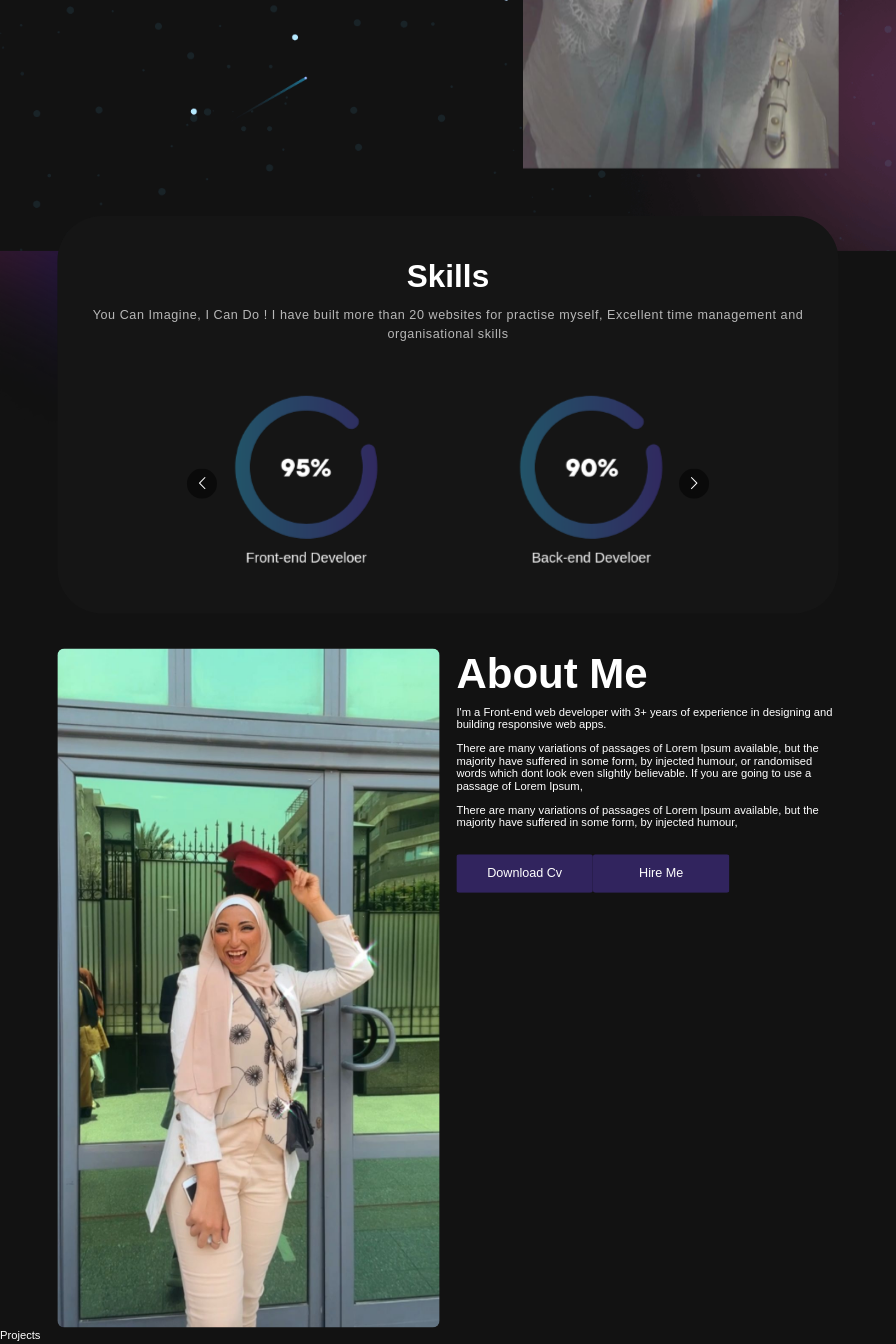
Repository: OmniaRafat232111121/portfolio
Page: /
An editor plug-in stored every save of this project. The page is shown before and after a run of saves, followed by the edit.
The browser window is 1280 px wide. The pictures show the part of the page from y = 829 to 2749 px (the page is 2749 px tall), at 70% of full size.
The project was rebuilt for these pictures with package versions that can differ from the ones it lists, and the page was loaded fresh each time. Also part of the build but not shown: webpack.config.js.

Above is the page before, as saved 2022-07-20 03:09:03.

### src/index.js
import React from 'react';
import {StrictMode} from 'react';
import ReactDOM from 'react-dom';
import {createRoot} from 'react-dom/client';
import App from './App';
const rootElement = document.getElementById('root');
const root = createRoot(rootElement);
root.render(
  <StrictMode>
    <App />
  </StrictMode>,
);

### src/App.js
import React from 'react'
import './App.css'
import 'bootstrap/dist/css/bootstrap.min.css';
import { NavBar }  from './components/NavBar'
import Banner from './components/Banner';
import Skills from './components/Skills';
import Projects from './components/Projects';
import About from './components/About';
const App = () => {
  return (
    <div className="App">
    <NavBar />
    <Banner />
    <Skills />
    <About />
    <Projects />
    </div>
  )
}

export default App

### src/App.css
* {
  margin: 0;
  padding: 0;
  box-sizing: border-box;
}

html {
  scroll-behavior: smooth;
  scroll-padding-top: 75px;
}

body {
  font-weight: 400;
  overflow-x: hidden;
  position: relative;
  background-color: #121212 !important;
  color: #fff !important;
  font-family: 'Centra', sans-serif !important;
}

h1, h2, h3, h4, h5, h6 {
  margin: 0;
  padding: 0;
  line-height: normal;
}

p, a, li, button, ul {
  margin: 0;
  padding: 0;
  line-height: normal;
  text-decoration: none;
}

a:hover {
  text-decoration: none;
}

img {
  width: 100%;
  height: auto;
}

button {
  border: 0;
  background-color: transparent;
}

input:focus, textarea:focus, select:focus {
  outline: none;
}

@media (min-width:1700px) {
	main .container {
		max-width: 100%;
		padding: 0 150px;
	}
}

p.success {
	color: green;
}

p.danger {
	color: red;
}
/************ Navbar Css ************/
nav.navbar {
  padding: 18px 0;
  position: fixed;
  width: 100%;
  top: 0;
  z-index: 9999;
  transition:  0.32 ease-in-out;
}
nav.navbar.scrolled {
  padding: 0px 0;
  background-color: #121212;
}
nav.navbar a.navbar-brand {
    width: 9%;
}
nav.navbar .navbar-nav .nav-link.navbar-link {
  font-weight: 400;
  color: #fff !important;
  letter-spacing: 0.8px;
  padding: 0 25px;
  font-size: 18px;
  opacity: 0.75;
}
nav.navbar .navbar-nav a.nav-link.navbar-link:hover,
nav.navbar .navbar-nav a.nav-link.navbar-link.active {
    opacity: 1;
}
span.navbar-text {
    display: flex;
    align-items: center;
}
.social-icon {
    display: inline-block;
    margin-left: 14px;
}
.social-icon a {
    width: 42px;
    height: 42px;
    background: rgba(217, 217, 217, 0.1);
    display: inline-flex;
    border-radius: 50%;
    margin-right: 6px;
    align-items: center;
    justify-content: center;
    line-height: 1;
    border: 1px solid rgba(255, 255, 255, 0.5);
}
.social-icon a::before {
    content: "";
    width: 42px;
    height: 42px;
    position: absolute;
    background-color: #ffffff;
    border-radius: 50%;
    transform: scale(0);
	transition: 0.3s ease-in-out;
}
.social-icon a:hover::before {
    transform: scale(1);
}
.social-icon a img {
	width: 40%;
	z-index: 1;
	transition: 0.3s ease-in-out;
}
.social-icon a:hover img {
	filter: brightness(0) saturate(100%) invert(0%) sepia(7%) saturate(98%) hue-rotate(346deg) brightness(95%) contrast(86%);
}
.navbar-text button {
  font-weight: 700;
  color: #fff;
  border: 1px solid #fff;
  padding: 18px 34px;
  font-size: 18px;
  margin-left: 18px;
	position: relative;
	background-color: transparent;
	transition: 0.3s ease-in-out;
}
.navbar-text button span {
  z-index: 1;
}
.navbar-text button::before {
  content: "";
  width: 0%;
  height: 100%;
  position: absolute;
  background-color: #fff;
  left: 0;
  top: 0;
  z-index: -1;
  transition: 0.3s ease-in-out;
}
.navbar-text button:hover {
  color: #121212;
}
.navbar-text button:hover::before {
	content: "";
	width: 100%;
	height: 100%;
	position: absolute;
}
nav.navbar .navbar-toggler:active,
nav.navbar .navbar-toggler:focus {
	outline: none;
    box-shadow: none;
}
nav.navbar .navbar-toggler-icon {
  width: 24px;
  height: 17px;
  background-image: none;
  position: relative;
  border-bottom: 2px solid #fff;
  transition: all 300ms linear;
  top: -2px;
}
nav.navbar .navbar-toggler-icon:focus {
	border-bottom: 2px solid #fff;
}
nav.navbar .navbar-toggler-icon:after,
nav.navbar .navbar-toggler-icon:before {
	width: 24px;
	position: absolute;
	height: 2px;
	background-color: #fff;
	top: 0;
	left: 0;
	content: '';
	z-index: 2;
	transition: all 300ms linear;
	-webkit-transition:;
	-moz-transition:;
	-ms-transition:;
	-o-transition:;
}
nav.navbar .navbar-toggler-icon:after {
	top: 8px;
}

nav.navbar .navbar-toggler[aria-expanded="true"] .navbar-toggler-icon:after {
	transform: rotate(45deg);
	background-color: #fff;
	height: 2px;
	-webkit-transform: rotate(45deg);
	-moz-transform: rotate(45deg);
	-ms-transform: rotate(45deg);
	-o-transform: rotate(45deg);
}
nav.navbar .navbar-toggler[aria-expanded="true"] .navbar-toggler-icon:before {
	transform: translateY(8px) rotate(-45deg);
	background-color: #fff;
	height: 2px;
}
nav.navbar .navbar-toggler[aria-expanded="true"] .navbar-toggler-icon {
	border-color: transparent;
}
/*Banner css*/
.banner{
  margin-top:0;
  padding:260px 0 100px 0;
  background-image: url('./assets/img/banner-bg.png');
  background-position: top center;
  background-size: cover;
  background-repeat: no-repeat;
}

.banner .tagline{
  font-weight:700;
  letter-spacing:0.8px;
  padding:8px 10px;
  font-size: 20px;
  margin-bottom: 16px;
  display: inline-block;
  background: linear-gradient(90.21deg, rgba(81, 54, 170, 0.5) -5.91%, rgba(47, 153, 189, 0.5) 111.58%);
  border: 1px solid rgba(255, 255, 255, 0.5);
}



.banner p {
  color: #B8B8B8;
  font-size: 18px;
  letter-spacing: 0.8px;
  line-height: 1.5em;
  width: 96%;
}
.banner button {
  color: #fff;
  font-weight: 700;
  font-size: 20px;
  margin-top: 60px;
  letter-spacing: 0.8px;
  display: flex;
  align-items: center;
}
.banner button svg {
  font-size: 25px;
  margin-left: 10px;
  transition: 0.3s ease-in-out;
  line-height: 1;
}
.banner button:hover svg {
  margin-left: 25px;
}
.banner img {
  animation: updown 3s linear infinite;
}
@keyframes updown {
    0% {
        transform: translateY(-20px);
    }
    50% {
        transform: translateY(20px);
    }
    100% {
        transform: translateY(-20px);
    }
}
.txt-rotate > .wrap {
  border-right: 0.08em solid #666;
}

/*skill*/
.skill{
  padding:0 0 50px 0;
  position:realtive;
}
.skill-bx{
  background: #151515;
  border-radius: 64px;
  text-align: center;
  padding:60px 50px;
  margin-top: -50px;
  -webkit-border-radius: 64px;
  -moz-border-radius: 64px;
  -ms-border-radius: 64px;
  -o-border-radius: 64px;

}

.skill h2 {
	font-size: 45px;
	font-weight: 700;
  display: flex;
  align-items: center;
  justify-content: center;
}
.skill p {
    color: #B8B8B8;
    font-size: 18px;
    letter-spacing: 0.8px;
    line-height: 1.5em;
    margin: 14px 0 75px 0;
    text-align: center;

}
.skill-slider {
  width: 80%;
  margin: 0 auto;
  position: relative;
}
.skill-slider .item img {
  width: 50%;
  margin: 0 auto 15px auto;
}
.background-image-left {
  top: 28%;
  position: absolute;
  bottom: 0;
  width: 40%;
  z-index: -4;
}

### src/components/NavBar.js
import React from "react";
import { useState,useEffect } from 'react'
import { Navbar, Nav, Container } from "react-bootstrap";
import Logo from '../assets/img/logo.svg'
import navIcon1 from '../assets/img/nav-icon1.svg'
import navIcon2 from '../assets/img/nav-icon2.svg'
import navIcon3 from '../assets/img/nav-icon3.svg'
import {
  BrowserRouter as Router
} from "react-router-dom";

export const NavBar = () => {

  const [activeLink, setActiveLink] = useState('home');
  const [scrolled, setScrolled] = useState(false);

  useEffect(() => {
    const onScroll = () => {
      if (window.scrollY > 50) {
        setScrolled(true);
      } else {
        setScrolled(false);
      }
    }

    window.addEventListener("scroll", onScroll);

    return () => window.removeEventListener("scroll", onScroll);
  }, [])
  const onUpdateActiveLink = (value) => {
    setActiveLink(value);
  }
return (
  <Router>
    <Navbar expand="md" className={scrolled ? "scrolled" : ""}>
      <Container>
        <Navbar.Brand href="/">
          <img src={Logo} alt="Logo" />
        </Navbar.Brand>
        <Navbar.Toggle aria-controls="basic-navbar-nav">
          <span className="navbar-toggler-icon"></span>
        </Navbar.Toggle>
        <Navbar.Collapse id="basic-navbar-nav">
          <Nav className="ms-auto">
            <Nav.Link href="#home" className={activeLink === 'home' ? 'active navbar-link' : 'navbar-link'} onClick={() => onUpdateActiveLink('home')}>Home</Nav.Link>
            <Nav.Link href="#skills" className={activeLink === 'skills' ? 'active navbar-link' : 'navbar-link'} onClick={() => onUpdateActiveLink('Skills')}>Skills</Nav.Link>
            <Nav.Link href="#projects" className={activeLink === 'projects' ? 'active navbar-link' : 'navbar-link'} onClick={() => onUpdateActiveLink('projects')} >Projects</Nav.Link>
          </Nav>
          <span className="navbar-text">
            <div className="social-icon">
              <a href="https://www.linkedin.com/in/omnia-rafat-0125191b8/"><img src={navIcon1} alt="" /></a>
              <a href="https://www.facebook.com/omnia.rafat.547/"><img src={navIcon2} alt="" /></a>
              <a href=""><img src={navIcon3} alt="" /></a>
            </div>

              <button className="vvd"><span>Let’s Connect</span></button>

          </span>
        </Navbar.Collapse>
      </Container>
    </Navbar>
  </Router>
)
}

### src/components/Banner.js
import React,{useState,useEffect} from 'react'
import bab from '../assets/img/bab.jpeg'
import { ArrowRightCircle } from 'react-bootstrap-icons';
import { Container, Row, Col } from "react-bootstrap";
const Banner = () => {
    const [loopNum, setLoopNum] = useState(0);
    const [isDeleting, setIsDeleting] = useState(false);
    const [text, setText] = useState('');
    const [delta, setDelta] = useState(300 - Math.random() * 100);
    const [index, setIndex] = useState(1);
    const toRotate = [ "front-end Developer", "Back-end Developer", "UI/UX Designer" ];
    const period = 2000;

    useEffect(() => {
      let ticker = setInterval(() => {
        tick();
      }, delta);

      return () => { clearInterval(ticker) };
    }, [text])

    const tick = () => {
      let i = loopNum % toRotate.length;
      let fullText = toRotate[i];
      let updatedText = isDeleting ? fullText.substring(0, text.length - 1) : fullText.substring(0, text.length + 1);

      setText(updatedText);

      if (isDeleting) {
        setDelta(prevDelta => prevDelta / 2);
      }

      if (!isDeleting && updatedText === fullText) {
        setIsDeleting(true);
        setIndex(prevIndex => prevIndex - 1);
        setDelta(period);
      } else if (isDeleting && updatedText === '') {
        setIsDeleting(false);
        setLoopNum(loopNum + 1);
        setIndex(1);
        setDelta(500);
      } else {
        setIndex(prevIndex => prevIndex + 1);
      }
    }


  return (
    <section className="banner" id="home">
      <Container>
        <Row className="align-items-center">
        <Col  xs={12} md={6} xl={7} >
        <span className="tagline"> Welcome to my Portfolio</span>
       <h1>{`Hi! I'm Omnia`} <span className="txt-rotate" dataPeriod="1000" data-rotate='[ "frot-end Developer", "Back-end Developerr" ]'><span className="wrap">{text}</span></span></h1>

       <p>I'm a front-end web developer with 2 years of experience designing and building responsive web apps.
       Good at CSS, JavaScript 🟡, React, as well as good knowledge in Backend with Laravel</p>
       <button onClick={()=>console.log('connect')}>Lets Connect  <ArrowRightCircle  size={23}/></button>
       </Col>
       <Col xs={12} md={6} xl={5}>
         <img src={bab} alt="Header Img" />
       </Col>
        </Row>
      </Container>
    </section>
  )
}

export default Banner

### src/components/Skills.js

import React, { useState } from "react";
import {Container,Row,Col} from'react-bootstrap'
import { MultiSelect } from "react-multi-select-component";
import Carousel from 'react-multi-carousel';
import 'react-multi-carousel/lib/styles.css';
import meter1 from "../assets/img/meter1.svg";
import meter2 from "../assets/img/meter2.svg";
import meter3 from "../assets/img/meter3.svg";
import colorSharp from "../assets/img/color-sharp.png"
const skills = () => {

    const responsive = {
        superLargeDesktop: {
          // the naming can be any, depends on you.
          breakpoint: { max: 4000, min: 3000 },
          items: 5
        },
        desktop: {
          breakpoint: { max: 3000, min: 1024 },
          items: 3
        },
        tablet: {
          breakpoint: { max: 1024, min: 464 },
          items: 2
        },
        mobile: {
          breakpoint: { max: 464, min: 0 },
          items: 1
        }
      };

  return (
 <section className="skill" id='skills'>
 <Container>
 <Row>
 <Col>
<div className="skill-bx wow zoomIn">
<h2> Skills</h2>
<p>You Can Imagine,
I Can Do !
I have built more than 20 websites for practise myself, Excellent time management and organisational skills</p>
<Carousel responsive={responsive} infinite={true} className="skill-slider">
<div className="item">
<img src={meter1} alt="Image" />
<h5>Front-end Develoer</h5>

</div>


<div className="item">
<img src={meter3} alt="Image" />
<h5>Back-end Develoer</h5>

</div>


<div className="item">
<img src={meter2} alt="Image" />
<h5>web Design</h5>
</div>

</Carousel>
</div>
 </Col>
 </Row>
 </Container>
 <img className="background-image-left" src={colorSharp} alt="Image" />
 </section>
  )
}

export default skills

### src/components/About.js
import React from "react";
import './About.css'
import Graduated from '../assets/img/Graduated.jpeg'
import { Container, Row, Col } from "react-bootstrap";
function About() {
  //  Up To Top Btn
    window.addEventListener("scroll", function(){
      const upToTop = document.querySelector("a.bottom__to__top");
       upToTop.classList.toggle("active", window.scrollY > 0)
    });
  return (
    <div className="about component__space" id="About">
      <Container>
        <Row>
          <Col className="col__2">
            <img src={Graduated} alt="" className="about__img" />
          </Col>
          <Col className="col__2">
            <h1 className="about__heading">About Me</h1>
            <div className="about__meta">
              <p className="about__text p__color">
              I'm a Front-end web developer with 3+ years of experience in designing and building responsive web apps.
              </p>
              <p className="about__text p__color">
                There are many variations of passages of Lorem Ipsum available,
                but the majority have suffered in some form, by injected humour,
                or randomised words which dont look even slightly believable. If
                you are going to use a passage of Lorem Ipsum,
              </p>
              <p className="about__text p__color">
                There are many variations of passages of Lorem Ipsum available,
                but the majority have suffered in some form, by injected humour,
              </p>
              <div className="about__button d__flex align__items__center">
                <a href="#">
                  <button className="about btn pointer">Download Cv</button>
                </a>
                <a href="#">
                  <button className="about btn pointer">Hire Me</button>
                </a>
              </div>
            </div>
          </Col>
          </Row>
        </Container>

      {/* UP TO TOP BTN */}
      <div className="up__to__top__btn">
        <a href="#" className="bottom__to__top">
        <svg
          xmlns="http://www.w3.org/2000/svg"
          width="16"
          height="16"
          fill="currentColor"
          class="bi bi-chevron-up white"
          viewBox="0 0 16 16"
        >
          <path
            fill-rule="evenodd"
            d="M7.646 4.646a.5.5 0 0 1 .708 0l6 6a.5.5 0 0 1-.708.708L8 5.707l-5.646 5.647a.5.5 0 0 1-.708-.708l6-6z"
          />
        </svg>
        </a>
      </div>
    </div>
  );
}

export default About;

### src/components/About.css
.about{
    background: #121212;
  }
img.about__img{
    border-radius: 10px;

  }
  h1.about__heading{
    margin-bottom: 10px;
    font-weight: 700;
    text-align: start;
    font-family: Montserrat,sans-serif;
    font-size: 60px;
  }
  button.about.btn.pointer {
    text-transform: capitalize;
    width: 195px;
    height: 55px;
    font-size: 18px;
    transition: .4s ease;
    background-color: rgba(81, 54, 170, 0.5);
    color:#fff;
    -webkit-transition: .4s ease;
    -moz-transition: .4s ease;
    -ms-transition: .4s ease;
    -o-transition: .4s ease;
}
  .about__button{
    padding: 20px 0px;
  }
  a.bottom__to__top{
    height: 40px;
    width: 40px;
    position: fixed;

    bottom: 3%;
    right: 2%;
    background-color: rgba(47, 153, 189, 0.5);
    border-radius: 50%;
    cursor: pointer;
    display: none;
    align-items: center;
    justify-content: center;
    transition: .4s all ease;
    z-index: 1000;
    -webkit-border-radius:;
    -moz-border-radius:;
    -ms-border-radius:;
    -o-border-radius:;
    -webkit-transition: .4s all ease;
    -moz-transition: .4s all ease;
    -ms-transition: .4s all ease;
    -o-transition: .4s all ease;
}
  a.bottom__to__top.active{
    display: flex;
  }
  /* RESPONSIVE */
  @media only screen and (max-width: 1024px){
    .p__color{
        font-size: 15px!important;
    }
  }
  @media only screen and (max-width: 425px){
  button.about.btn.pointer {
    text-transform: capitalize;
    width: 165px;
    height: 50px;
    font-size: 13px;
    transition: .4s ease;
  }
  }

Loaded but not shown: public/index.html (common file); src/components/Projects.js (common file)

After the next 2 saves:
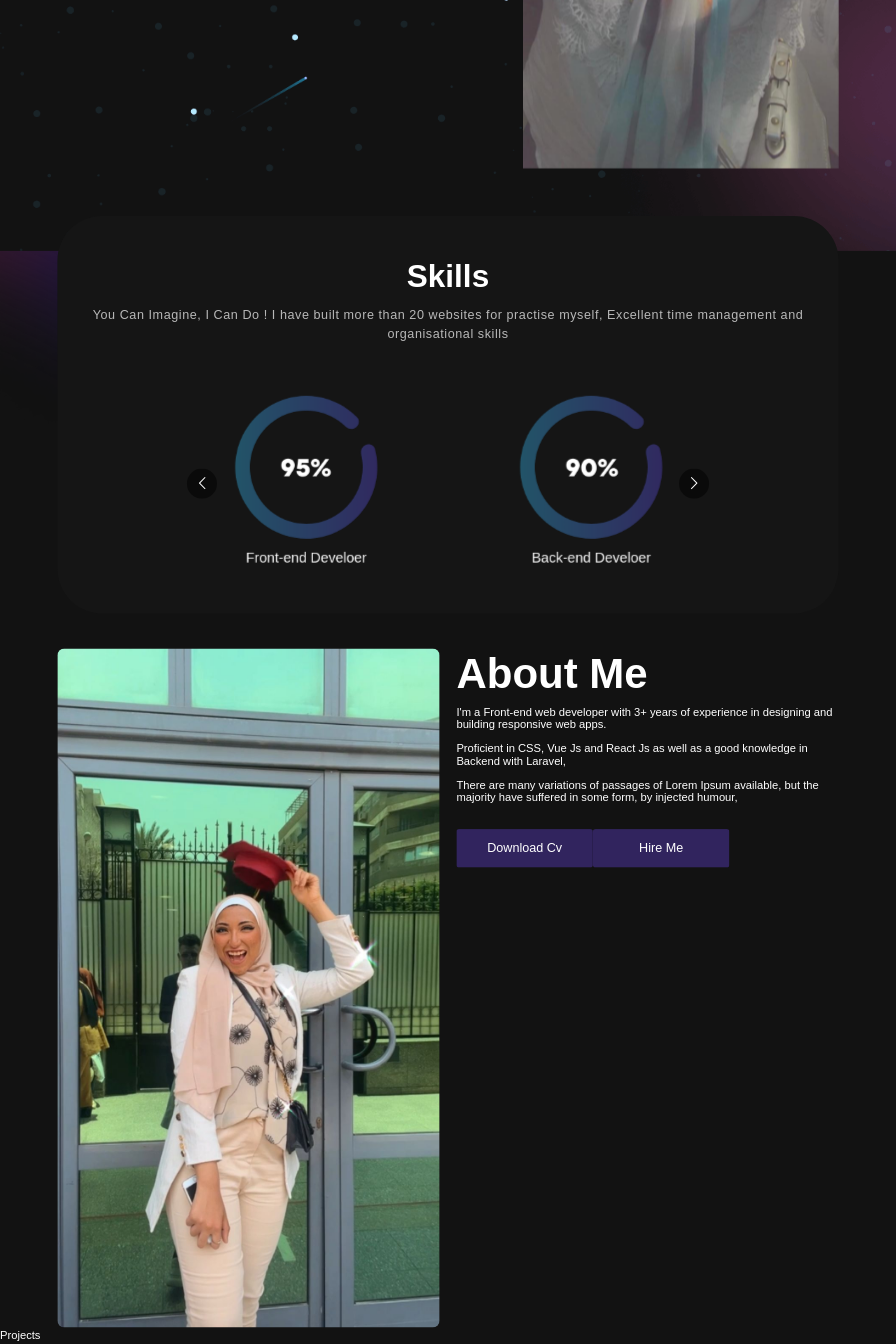
The 2 saves are shown as one change because they came seconds apart.
The last was saved 21 s later.
--- a/src/components/About.js
+++ b/src/components/About.js
@@ -22,10 +22,7 @@ function About() {
               I'm a Front-end web developer with 3+ years of experience in designing and building responsive web apps.
               </p>
               <p className="about__text p__color">
-                There are many variations of passages of Lorem Ipsum available,
-                but the majority have suffered in some form, by injected humour,
-                or randomised words which dont look even slightly believable. If
-                you are going to use a passage of Lorem Ipsum,
+              Proficient in CSS, Vue Js and React Js as well as a good knowledge in Backend with Laravel,
               </p>
               <p className="about__text p__color">
                 There are many variations of passages of Lorem Ipsum available,
